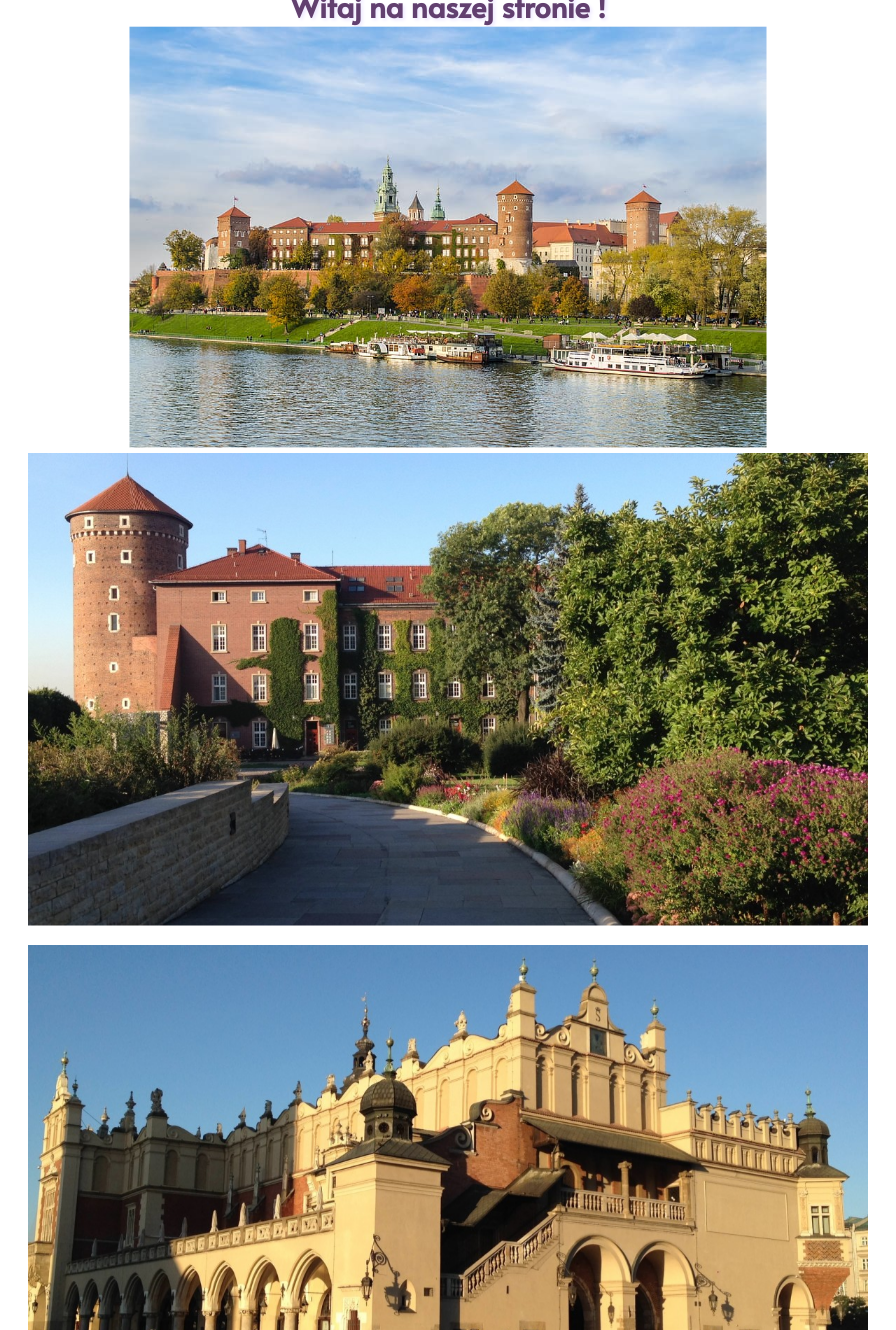
Repository: DZIALEK/projekt1
Page: projekt1.html
An editor plug-in stored every save of this project. The page is shown before and after the next save, followed by the edit.
The browser window is 1280 px wide. The pictures show the part of the page from y = 863 to 2763 px (the page is 4540 px tall before and 4627 px after), at 70% of full size.
Some icons come from a web library that is not loaded, so they are not drawn. A picture or video elsewhere on the page could not be fetched, so the positions and the page height are approximate. Some web libraries are served in a nearby version.

Above is the page before, as saved 2020-07-15 00:19:00.

After the next save:
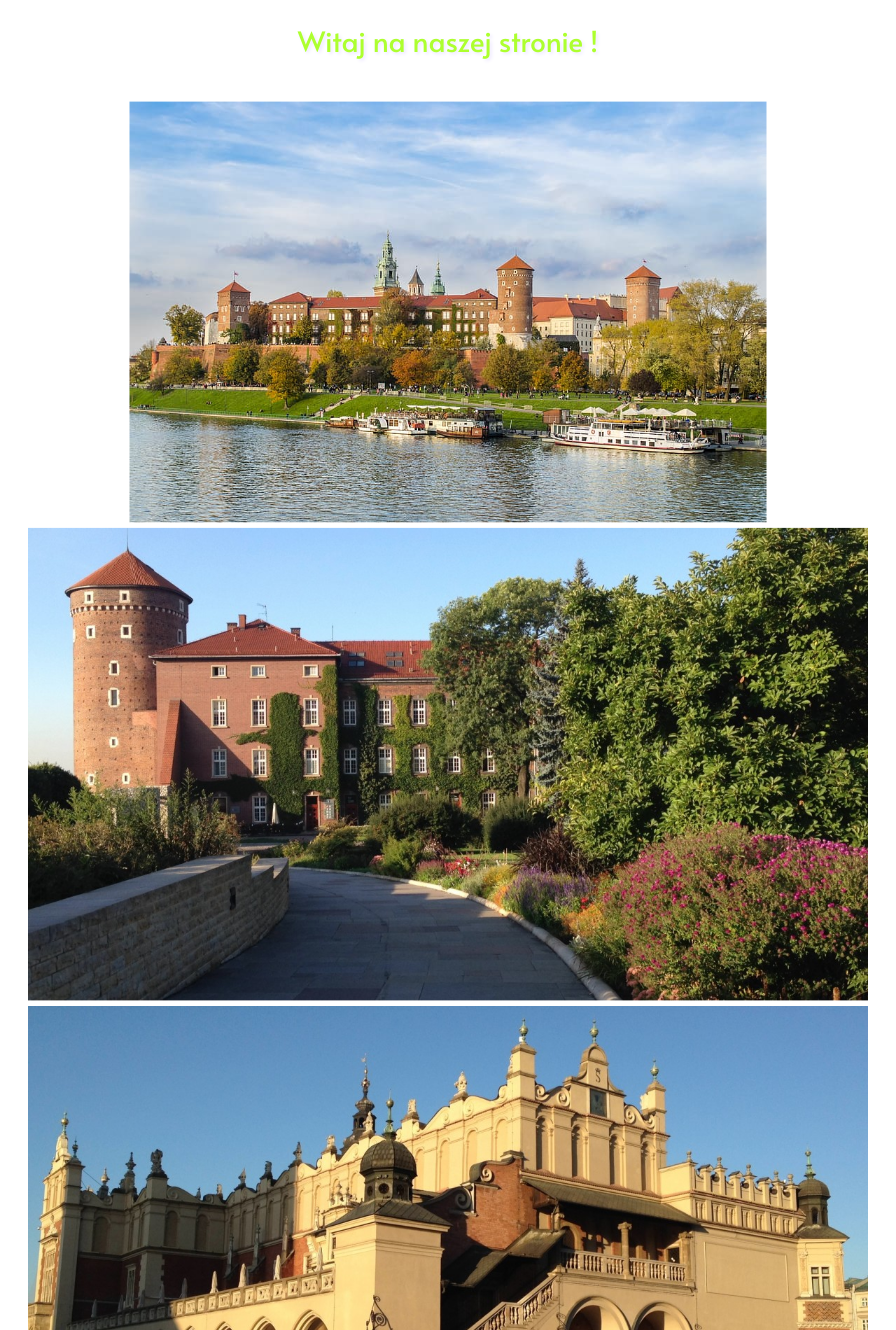
Saved 77 s later.
--- a/projekt1.html
+++ b/projekt1.html
@@ -33,7 +33,7 @@
         </nav>
     </header>
     <main>
-        <section class="welcome">
+        <section class="section-welcome">
             <h1 class="section-header">
                Witaj na naszej stronie !
             </h1>
